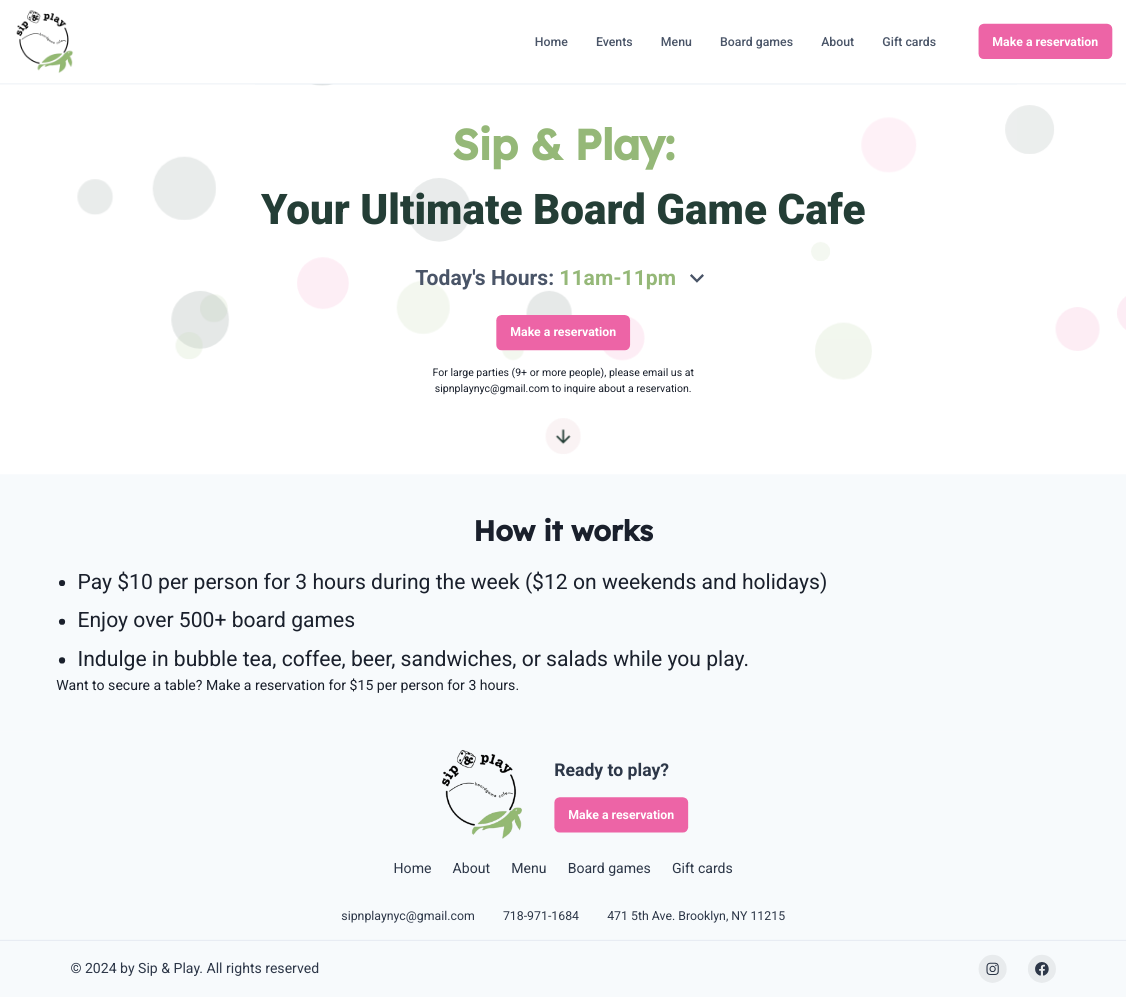
Repository: natespinetti/codedexsummerhackathon
Page: /
An editor plug-in stored every save of this project. The page is shown before and after a run of saves, followed by the edit.
The browser window is 1280 px wide. The pictures show the whole page, at 88% of full size.
The project was rebuilt for these pictures with package versions that can differ from the ones it lists, and the page was loaded fresh each time. The framework's server and built-in components were replaced by stand-ins that run in the browser. Also part of the build but not shown: next.config.mjs.

Above is the page before, as saved 2024-07-11 16:54:44.

### app/layout.tsx
"use client";
import Head from "next/head";
import React from "react";
import Header from "./components/Header";
import Footer from "./components/Footer";
import { Providers } from "./components/Providers";

export default function RootLayout({
  children,
}: {
  children: React.ReactNode;
}) {
  return (
    <html lang="en">
      <Head>
        <title>Sip & Play</title>
        <meta name="description" content="Board games and boba!" />
        <meta name="viewport" content="width=device-width, initial-scale=1" />
        <link rel="icon" href="/favicons/favicon.ico" />
      </Head>
      <body>
        <Providers>
          <Header />
          <main>{children}</main>
          <Footer />
        </Providers>
      </body>
    </html>
  );
}

### app/page.tsx
import Image from "next/image";
import HomeHero from "./components/HomeHero";
import {
  Box,
  Text,
  Button,
  keyframes,
  ListItem,
  List,
  UnorderedList,
} from "@chakra-ui/react";

export default function Home() {
  return (
    <>
      <HomeHero />
      <Box bg="var(--chakra-colors-gray-50)">
        <Box maxW="90%" m="auto" p="2.5rem 0">
          <Text
            as="h2"
            fontSize="2rem"
            fontFamily="heading"
            fontWeight={700}
            textAlign="center"
            mb="1rem"
          >
            How it works
          </Text>
          <UnorderedList spacing={2} fontSize="1.5rem">
            <ListItem>
              Pay $10 per person for 3 hours during the week ($12 on weekends
              and holidays)
            </ListItem>
            <ListItem>Enjoy over 500+ board games</ListItem>
            <ListItem>
              Indulge in bubble tea, coffee, beer, sandwiches, or salads while
              you play.
            </ListItem>
          </UnorderedList>
          <Text>
            Want to secure a table? Make a reservation for $15 per person for 3
            hours.
          </Text>
        </Box>
      </Box>
    </>
  );
}

### app/components/Footer.tsx
"use client";

import {
  Box,
  chakra,
  Container,
  Stack,
  Text,
  useColorModeValue,
  Button,
  Image,
  VisuallyHidden,
} from "@chakra-ui/react";
import { FaInstagram, FaTwitter, FaYoutube, FaFacebook } from "react-icons/fa";
import { ReactNode } from "react";

const SocialButton = ({
  children,
  label,
  href,
}: {
  children: ReactNode;
  label: string;
  href: string;
}) => {
  return (
    <chakra.button
      bg={useColorModeValue("blackAlpha.100", "whiteAlpha.100")}
      rounded={"full"}
      w={8}
      h={8}
      cursor={"pointer"}
      as={"a"}
      href={href}
      display={"inline-flex"}
      alignItems={"center"}
      justifyContent={"center"}
      transition={"background 0.3s ease"}
      _hover={{
        bg: useColorModeValue("blackAlpha.200", "whiteAlpha.200"),
      }}
    >
      <VisuallyHidden>{label}</VisuallyHidden>
      {children}
    </chakra.button>
  );
};

export default function Footer() {
  return (
    <>
      {/* <iframe
        src="https://www.google.com/maps/embed?pb=!1m19!1m8!1m3!1d48423.28708097213!2d-73.98076851318362!3d40.66393288184943!3m2!1i1024!2i768!4f13.1!4m8!3e0!4m0!4m5!1s0x89c25b963c296a77%3A0x33cab105836ef465!2sSip%20%26%20Play%2C%20471%205th%20Ave%2C%20Brooklyn%2C%20NY%2011215!3m2!1d40.668128599999996!2d-73.9869454!5e0!3m2!1sen!2sus!4v1720729656891!5m2!1sen!2sus"
        width="100%"
        height="200"
        style={{ border: 0 }}
        loading="lazy"
        referrerPolicy="no-referrer-when-downgrade"
      ></iframe> */}
      <Box
        bg={useColorModeValue("gray.50", "gray.900")}
        color={useColorModeValue("gray.700", "gray.200")}
      >
        <Container
          as={Stack}
          maxW={"6xl"}
          py={4}
          spacing={4}
          justify={"center"}
          align={"center"}
        >
          <Box display="flex" flexDir="row" alignItems="center" gridGap="2rem">
            <Image
              maxW="100px"
              src="/logos/sipnplay2.png"
              alt="Sip & Play Logo"
            />
            <Box>
              <Text fontWeight={700} fontSize="20px" pb="1rem">
                Ready to play?
              </Text>
              <Button
                as={"a"}
                display={{ base: "none", md: "inline-flex" }}
                fontSize={"sm"}
                fontWeight={600}
                color={"white"}
                bg={"pink.400"}
                href={"https://www.exploretock.com/sipnplay/"}
                target="_blank"
                _hover={{
                  bg: "pink.300",
                }}
              >
                Make a reservation
              </Button>
            </Box>
          </Box>
          <Stack direction={"row"} spacing={6}>
            <Box as="a" href={"#"}>
              Home
            </Box>
            <Box as="a" href={"#"}>
              About
            </Box>
            <Box as="a" href={"#"}>
              Menu
            </Box>
            <Box as="a" href={"#"}>
              Board games
            </Box>
            <Box as="a" href={"#"}>
              Gift cards
            </Box>
          </Stack>
          <Box
            display="flex"
            flexDir="row"
            gridGap="2rem"
            fontSize="14px"
            mt="1rem"
          >
            <Text as="a" href={"mailto:sipnplaynyc@gmail.com"}>
              sipnplaynyc@gmail.com
            </Text>
            <Text as="a" href={"tel:718-971-1684"}>
              718-971-1684
            </Text>
            <Text
              as="a"
              target="_blank"
              href={
                "https://www.google.com/maps/dir//471+5th+Ave,+Brooklyn,+NY+11215/@40.6680993,-74.0693463,12z/data=!4m8!4m7!1m0!1m5!1m1!1s0x89c25b963c296a77:0x33cab105836ef465!2m2!1d-73.9869454!2d40.6681286?entry=ttu"
              }
            >
              471 5th Ave. Brooklyn, NY 11215
            </Text>
          </Box>
        </Container>

        <Box
          borderTopWidth={1}
          borderStyle={"solid"}
          borderColor={useColorModeValue("gray.200", "gray.700")}
        >
          <Container
            as={Stack}
            maxW={"6xl"}
            py={4}
            direction={{ base: "column", md: "row" }}
            spacing={4}
            justify={{ base: "center", md: "space-between" }}
            align={{ base: "center", md: "center" }}
          >
            <Text>© 2024 by Sip & Play. All rights reserved</Text>
            <Stack direction={"row"} spacing={6}>
              <SocialButton
                label={"Instagram"}
                href={"https://www.instagram.com/sipnplaynyc/?hl=en"}
              >
                <FaInstagram />
              </SocialButton>
              <SocialButton
                label={"Facebook"}
                href={"https://www.facebook.com/sipnplaynyc/"}
              >
                <FaFacebook />
              </SocialButton>
            </Stack>
          </Container>
        </Box>
      </Box>
    </>
  );
}

### app/components/Providers.tsx
import { SPTheme } from "@/ui/theme/theme";
import { ChakraProvider } from "@chakra-ui/react";
import { ReactNode } from "react";

export function Providers({ children }: { children: ReactNode }) {
  return <ChakraProvider theme={SPTheme}>{children}</ChakraProvider>;
}

### app/components/HomeHero.tsx
"use client";
import { Box, Text, Button, keyframes } from "@chakra-ui/react";
import CurrentDayHours from "./CurrentDaysHours";
import {
  HamburgerIcon,
  CloseIcon,
  ChevronDownIcon,
  ArrowDownIcon,
} from "@chakra-ui/icons";

const bubbleAnimation = keyframes`
  0% {
    transform: translateY(100px) scale(1);
    opacity: 1;
  }
  100% {
    transform: translateY(-1000px) scale(1.5);
    opacity: 0;
  }
`;

const upDownAnimation = keyframes`
  0% {
    transform: translateY(0);
  }
  50% {
    transform: translateY(10px);
  }
  100% {
    transform: translateY(0px);
  }
`;

const bubbles = new Array(20).fill(0).map((_, index) => ({
  id: index,
  size: Math.random() * 3 + 1,
  left: Math.random() * 100,
  animationDuration: Math.random() * 20 + 10,
  animationDelay: Math.random() * 100,
}));

export default function HomeHero() {
  return (
    <>
      <Box position="relative" overflow="hidden" h="100%" w="100%">
        {bubbles.map((bubble, index) => (
          <Box
            key={bubble.id}
            position="absolute"
            bottom="0"
            left={`${bubble.left}%`}
            width={`${bubble.size}rem`}
            height={`${bubble.size}rem`}
            bg={
              index % 3 === 0
                ? "rgba(148, 185, 115, 0.3)"
                : index % 3 === 1
                ? "rgba(36, 62, 54, 0.3)"
                : "rgba(237, 100, 166, 0.3)"
            }
            borderRadius="50%"
            animation={`${bubbleAnimation} ${bubble.animationDuration}s linear infinite`}
            transitionDelay={`${bubble.animationDelay}s`}
          />
        ))}
        <Box
          position="relative"
          w="100vw"
          p="2rem"
          display="flex"
          flexDir="column"
          justifyItems="center"
          alignItems="center"
          gridGap="1rem"
          bg="rgba(255, 255, 255, 0.5)"
        >
          <Text
            as="h1"
            fontFamily="body"
            fontWeight="900"
            fontSize="3rem"
            color="#243E36"
            textAlign="center"
          >
            <Text
              as="span"
              color="#95b878"
              fontWeight="900"
              fontFamily="heading"
              fontSize="3rem"
            >
              Sip & Play:
              <br />
            </Text>
            Your Ultimate Board Game Cafe
          </Text>
          <CurrentDayHours />
          <Button
            as={"a"}
            display={{ base: "none", md: "inline-flex" }}
            fontSize={"sm"}
            fontWeight={600}
            color={"white"}
            bg={"pink.400"}
            href={"https://www.exploretock.com/sipnplay/"}
            target="_blank"
            _hover={{
              bg: "pink.300",
            }}
          >
            Make a reservation
          </Button>

          <Text
            fontSize="12px"
            w={{ base: "100%", md: "30%" }}
            textAlign="center"
          >
            For large parties (9+ or more people), please email us at{" "}
            <Text as="a" href="mailto:sipnplaynyc@gmail.com">
              sipnplaynyc@gmail.com
            </Text>{" "}
            to inquire about a reservation.
          </Text>
          <Box
            bg="rgba(246, 232, 234, 0.5)"
            p=".5rem"
            borderRadius="50%"
            animation={`${upDownAnimation} 4s ease-in-out infinite`}
          >
            <ArrowDownIcon color="#243E36" fontSize="1.5rem" />
          </Box>
        </Box>
      </Box>
    </>
  );
}

### ui/theme/theme.tsx
import { extendTheme } from "@chakra-ui/react";
import { fonts } from "./fonts";

const overrides = {
  fonts,
};

export const SPTheme = extendTheme(overrides);

### app/components/CurrentDaysHours.tsx
import React, { useState } from "react";
import { Box, Text, useColorModeValue, useDisclosure } from "@chakra-ui/react";
import {
  Popover,
  PopoverTrigger,
  PopoverContent,
  PopoverHeader,
  PopoverBody,
  PopoverFooter,
  PopoverArrow,
  PopoverCloseButton,
  Button,
  PopoverAnchor,
} from "@chakra-ui/react";
import {
  HamburgerIcon,
  CloseIcon,
  ChevronDownIcon,
  ChevronRightIcon,
} from "@chakra-ui/icons";

const openingHours: { [key: number]: string } = {
  0: "10am-11pm", //Sunday
  1: "11am-11pm", // Monday
  2: "11am-11pm", // Tuesday
  3: "11am-11pm", // Wednesday
  4: "11am-11pm", // Thursday
  5: "11am-12am", // Friday
  6: "10am-12am", // Saturday
};

export default function CurrentDayHours() {
  const { isOpen, onOpen, onClose } = useDisclosure();

  const currentDay = new Date().getDay();
  const hours = openingHours[currentDay];
  const linkColor = useColorModeValue("gray.600", "gray.200");
  const linkHoverColor = useColorModeValue("gray.800", "white");
  const popoverContentBgColor = useColorModeValue("white", "gray.800");
  const handleItemClick = () => {
    if (isOpen) {
      onClose();
    } else {
      onOpen();
    }
  };
  return (
    <Box textAlign="center" fontSize="16px">
      <Popover
        trigger={"hover"}
        placement={"bottom-start"}
        isOpen={isOpen}
        onOpen={onOpen}
        onClose={onClose}
      >
        <PopoverTrigger>
          <Box
            p={2}
            fontSize={"sm"}
            fontWeight={500}
            color={linkColor}
            _hover={{
              textDecoration: "none",
              color: linkHoverColor,
            }}
          >
            <Box
              display="flex"
              flexDir="row"
              gridGap=".5rem"
              alignItems="center"
              onClick={handleItemClick}
            >
              <Text fontWeight="bold" fontSize="1.5rem" cursor="pointer">
                Today's Hours:{" "}
                <Text color="#95b878" as="span">
                  {hours}
                </Text>
              </Text>
              <ChevronDownIcon
                fontSize="2rem"
                transform={isOpen ? "rotate(180deg)" : "rotate(0deg)"}
                transition="transform 0.2s"
              />
            </Box>
          </Box>
        </PopoverTrigger>

        <PopoverContent
          border={0}
          boxShadow={"xl"}
          bg={popoverContentBgColor}
          p={4}
          rounded={"xl"}
          minW={"sm"}
        >
          <Box display="flex" flexDir="column" textAlign="left">
            <Text fontWeight="bold">
              Sunday:{" "}
              <Text color="#95b878" as="span">
                10am-11pm
              </Text>
            </Text>
            <Text fontWeight="bold">
              Monday:{" "}
              <Text color="#95b878" as="span">
                11am-11pm
              </Text>
            </Text>
            <Text fontWeight="bold">
              Tuesday:{" "}
              <Text color="#95b878" as="span">
                11am-11pm
              </Text>
            </Text>
            <Text fontWeight="bold">
              Wednesday:{" "}
              <Text color="#95b878" as="span">
                11am-11pm
              </Text>
            </Text>
            <Text fontWeight="bold">
              Thursday:{" "}
              <Text color="#95b878" as="span">
                11am-11pm
              </Text>
            </Text>
            <Text fontWeight="bold">
              Friday:{" "}
              <Text color="#95b878" as="span">
                11am-12am
              </Text>
            </Text>
            <Text fontWeight="bold">
              Saturday:{" "}
              <Text color="#95b878" as="span">
                10am-12am
              </Text>
            </Text>
          </Box>
        </PopoverContent>
      </Popover>
    </Box>
  );
}

### ui/theme/fonts.tsx
import { Roboto, Lexend } from "next/font/google";

const roboto = Roboto({
  subsets: ["latin"],
  display: "swap",
  weight: ["100", "300", "400", "500", "700", "900"],
  style: ["normal", "italic"],
});

const lexend = Lexend({
  subsets: ["latin"],
  display: "swap",
  weight: ["300", "400", "500"],
  style: ["normal"],
});

export const fonts = {
  heading: lexend.style.fontFamily,
  body: roboto.style.fontFamily,
};

Loaded but not shown: app/components/Header.tsx (346 lines, source omitted)

After the next 2 saves:
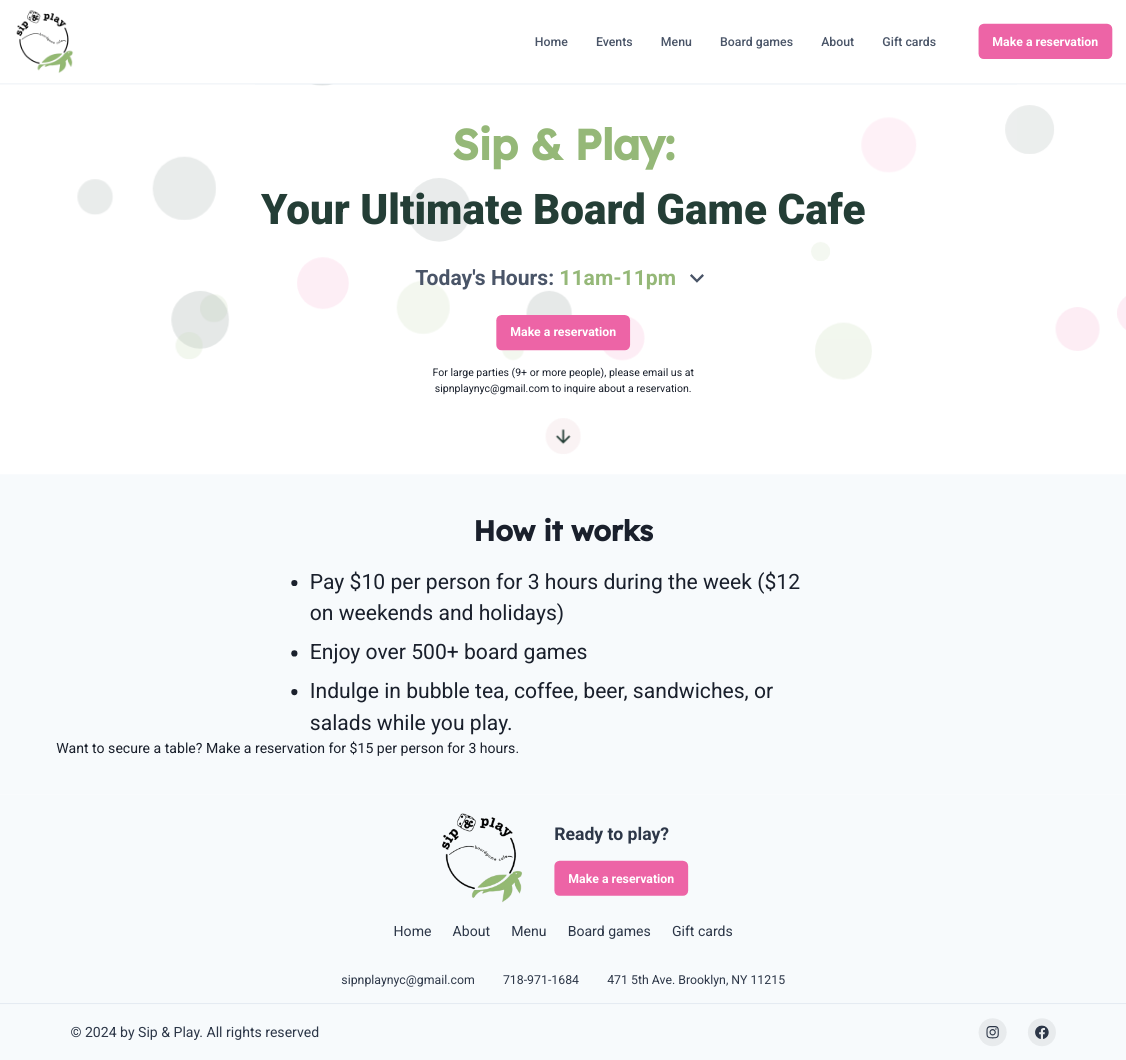
The 2 saves are shown as one change because they came seconds apart.
The last was saved 13 s later.
--- a/app/page.tsx
+++ b/app/page.tsx
@@ -26,7 +26,7 @@
           >
             How it works
           </Text>
-          <UnorderedList spacing={2} fontSize="1.5rem">
+          <UnorderedList spacing={2} fontSize="1.5rem" w="50%" m="auto">
             <ListItem>
               Pay $10 per person for 3 hours during the week ($12 on weekends
               and holidays)
